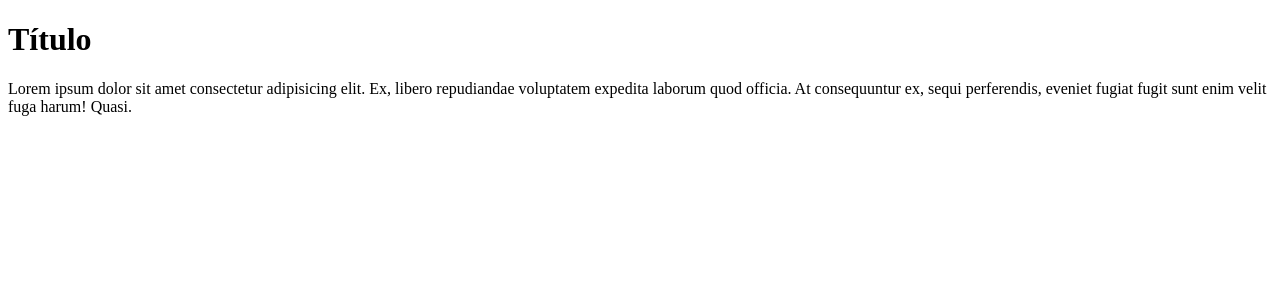
Repository: pheonix5/Estudo
Page: html-css/exercicios/ex018/font02.html
These files come from the project's save history. The page is drawn as it stood at one moment and after the next save; the edit follows.
The browser window is 1280 px wide. The pictures show the whole page.

Above is the page before, as saved 2023-08-12 23:46:52.

After the next save:
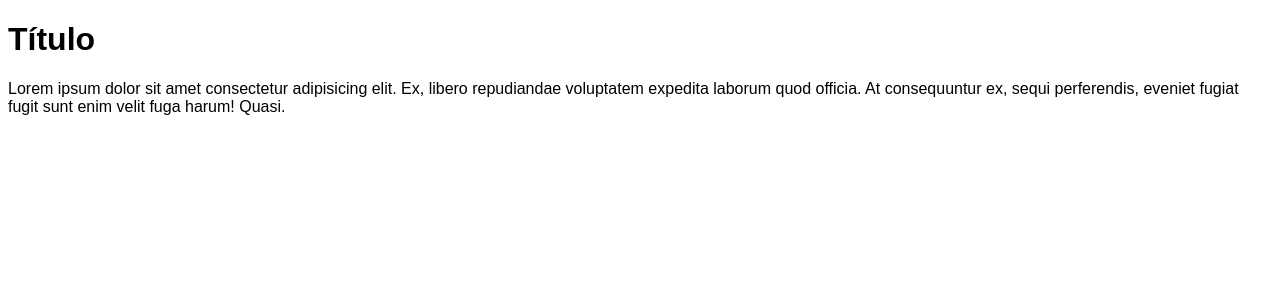
Saved 62 s later.
--- a/html-css/exercicios/ex018/font02.html
+++ b/html-css/exercicios/ex018/font02.html
@@ -4,6 +4,11 @@
   <meta charset="UTF-8">
   <meta name="viewport" content="width=device-width, initial-scale=1.0">
   <title>Fontes Externas</title>
+  <style>
+    body{
+      font-family: Arial, Helvetica, sans-serif;
+    }
+  </style>
 </head>
 <body>
   <h1>Título</h1>
